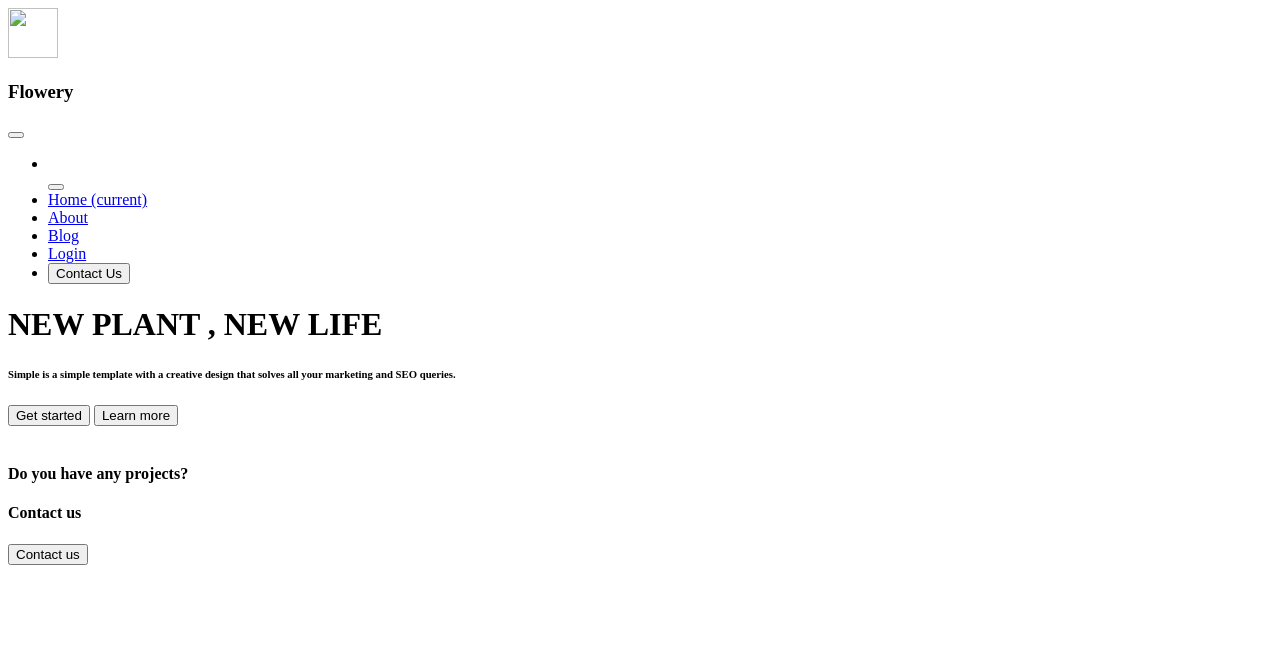
Repository: sara55m/Login
Page: http://localhost/welcome
An editor plug-in stored every save of this project. The page is shown before and after the next save, followed by the edit.
The browser window is 1280 px wide. The pictures show the whole page.
The page is served by the project's Laravel application, run on PHP 8.4 with Laravel 10.

Above is the page before, as saved 2024-03-03 21:55:05.

After the next save:
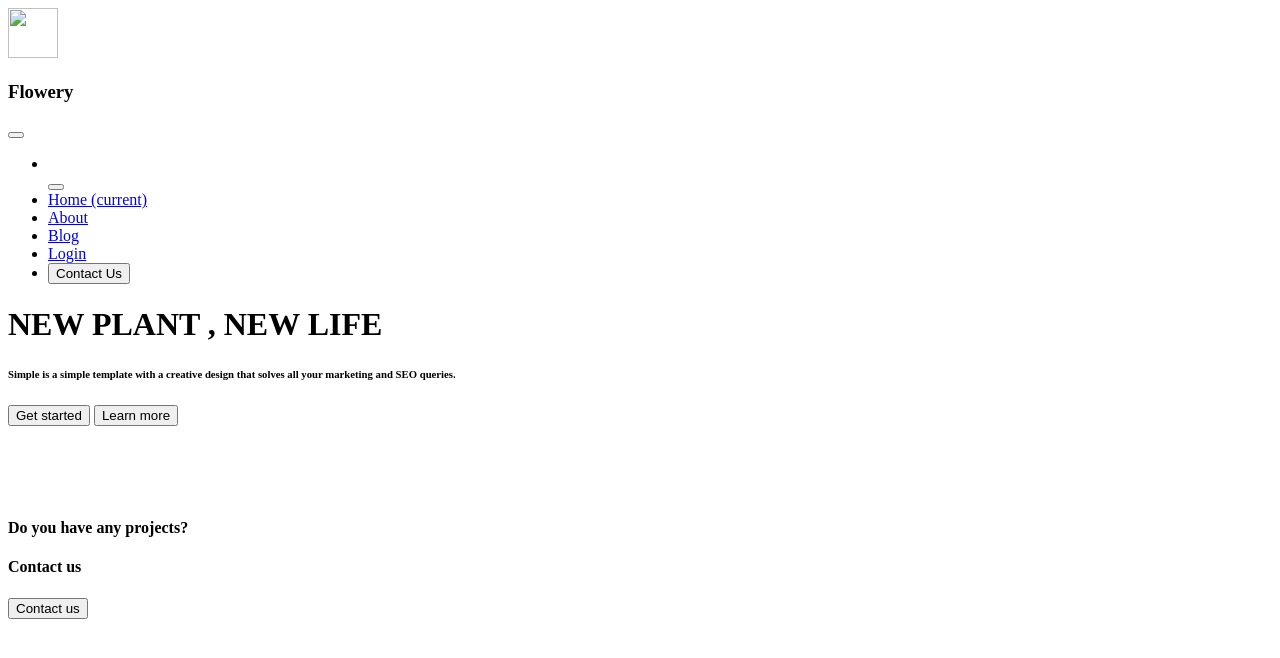
Saved 52 s later.
--- a/resources/views/welcome.blade.php
+++ b/resources/views/welcome.blade.php
@@ -63,6 +63,9 @@
       <img src="images/Group171.svg" alt="" class="img-fluid">
     </div>
   </div>
+  <br/>
+  <br/>
+  <br/>
   <section class="contact-us" id="contact-section">
     <div class="contact-us-bgimage grid-margin" >
       <div class="pb-4">
